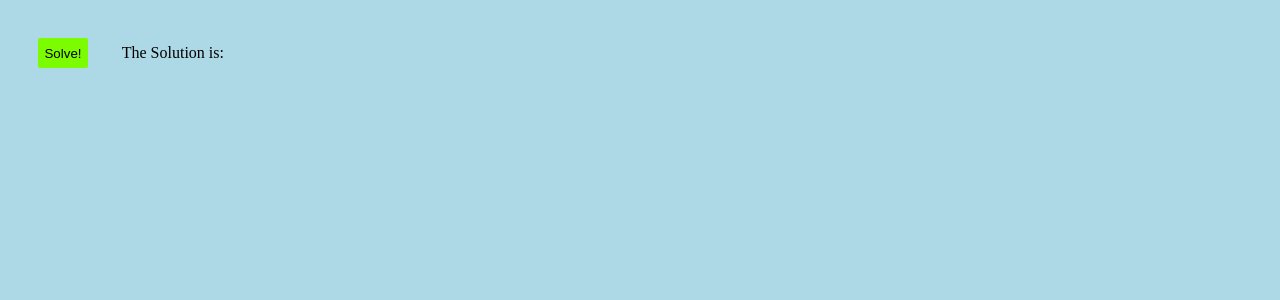
Repository: setanjan123/wordle-solver
Page: popup.html
These files come from the project's save history. The page is drawn as it stood at one moment and after the next save; the edit follows.
The browser window is 1280 px wide. The pictures show the whole page.

Above is the page before, as saved 2022-03-05 11:43:01.

### popup.html
<!DOCTYPE html>

<html>

<head>

<link rel="stylesheet" href="./button.css">

</head>

<body>

<button id="solve">Solve!</button>

The Solution is:
<div id="solution"></div>
<script src="script.js"></script>

</body>

</html>

### button.css
button {

    height: 30px;

    width: 50px;

    outline: none;

    margin: 30px;

    border: none;

    border-radius: 2px;

    background-color: lawngreen;

    }

    button.current {

    box-shadow: 0 0 0 2px white,

    0 0 0 4px black;

    }

    body {
        background-color:lightblue;
    }

### script.js
document.getElementById("solve").addEventListener("click", async () => {
    chrome.storage.local.get('wordle-solution', function (result) {
        document.getElementById("solution").innerHTML =  '<b>'+result['wordle-solution']+'<b>'
    });
});

After the next save:
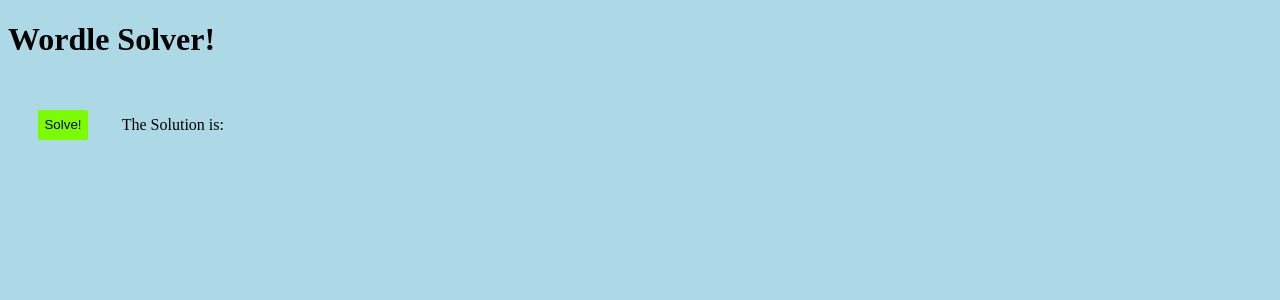
Saved 38 s later.
--- a/popup.html
+++ b/popup.html
@@ -3,6 +3,8 @@
 <html>
 
 <head>
+
+<h1>Wordle Solver!</h1>
 
 <link rel="stylesheet" href="./button.css">
 
